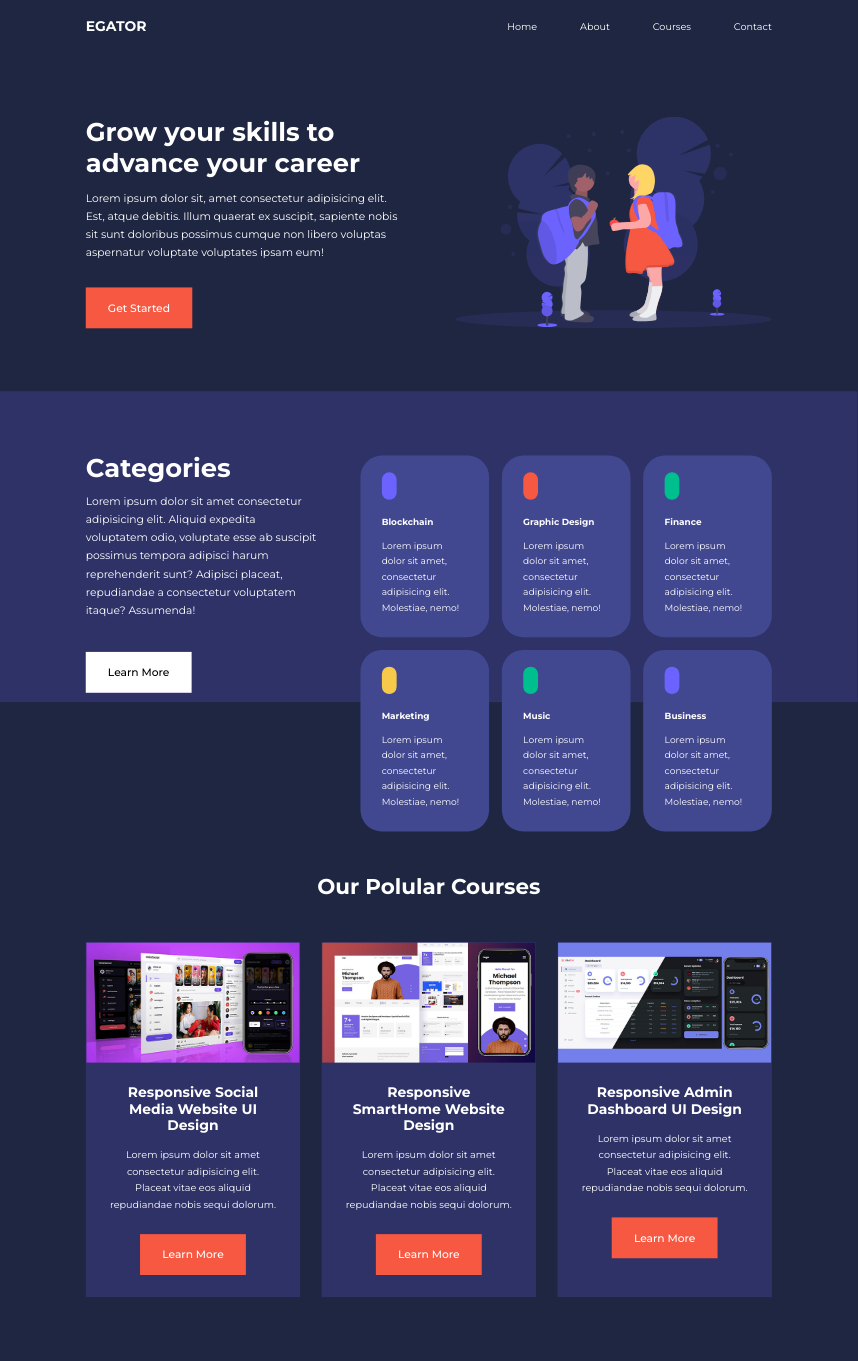
Repository: QUANGTHAI2003/education-web
Page: index.html
The author's editor kept a copy of each file at every save. The page is drawn from the files as they stood at one save, then again after the next save.
The browser window is 1280 px wide. The pictures show the whole page, at 67% of full size.
The pointer rests on the first visible `.course`.
Some icons come from a web library that is not loaded, so they are not drawn.

Above is the page before, as saved 2022-03-11 14:44:48.

After the next save:
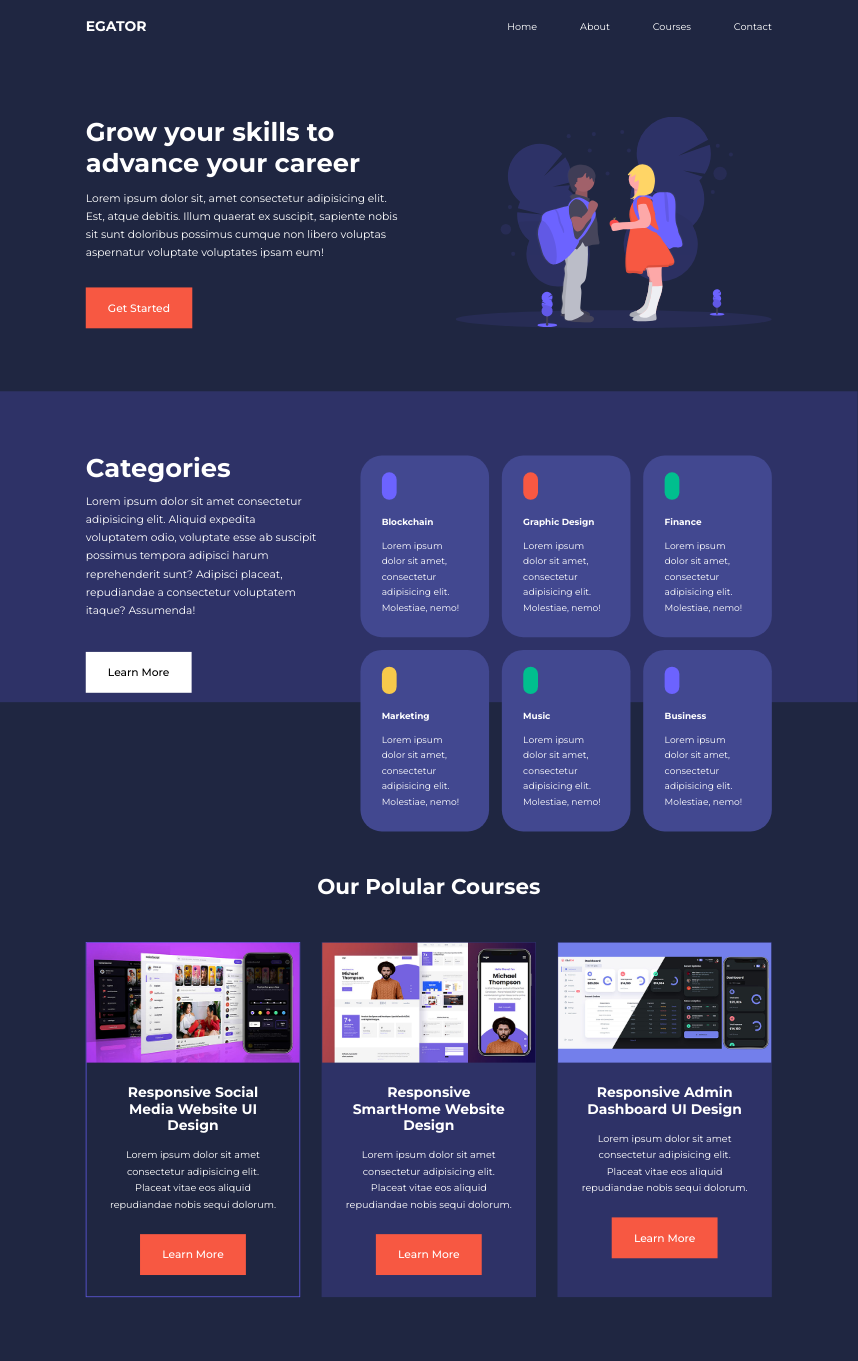
Saved 64 s later.
--- a/css/style.css
+++ b/css/style.css
@@ -254,6 +254,11 @@ header {
     border: 1px solid transparent;
 }
 
+.course:hover {
+    background: transparent;
+    border-color: var(--color-primary);
+}
+
 .course__info {
     padding: 2rem;
 }
